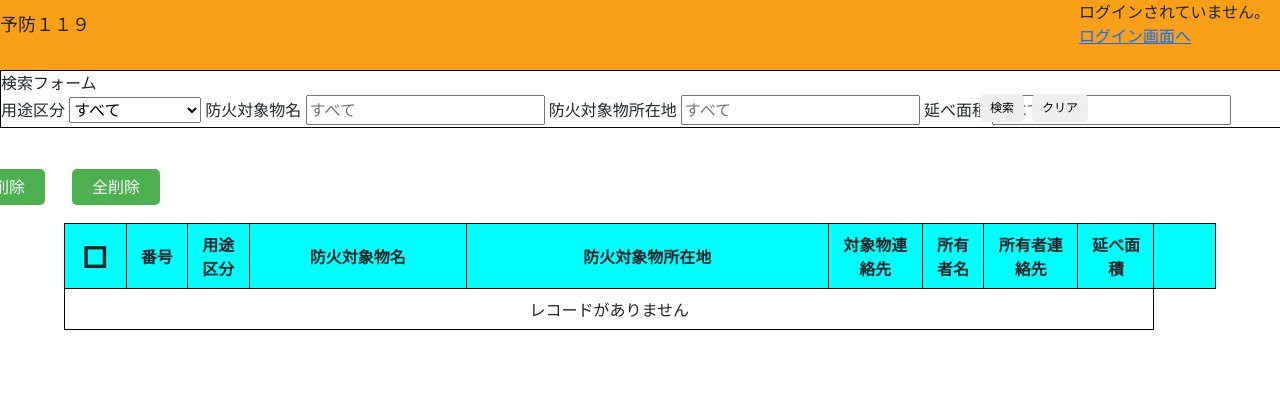
Repository: akarisuki/docker-taishobutu_app
Page: http://localhost/taishobutu_app/taishobutu/taishobutu_index.php
These files come from the project's save history. The page is drawn as it stood at one moment and after the next save; the edit follows.
The browser window is 1280 px wide. The pictures show the whole page.
The page is run by PHP 8.4 with error messages shown; the project is at /var/www/html/. Style sheets and scripts are compiled from the project's sources, by tool versions that may differ from the author's. The database holds what the project's SQL file puts in it.

Above is the page before, as saved 2023-12-23 01:04:50.
Console error: ReferenceError: $ is not defined

After the next save:
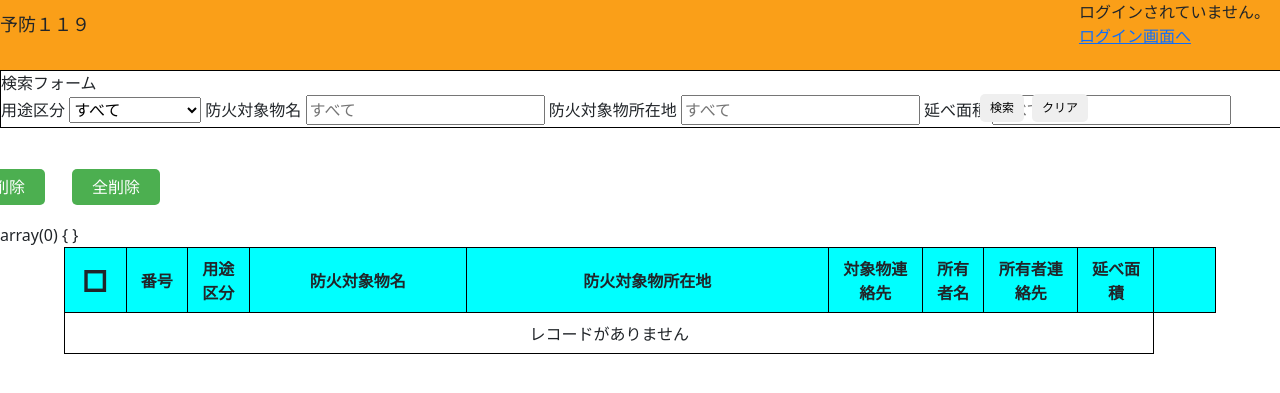
Saved 44 s later.
--- a/src/taishobutu_app/taishobutu/taishobutu_index.php
+++ b/src/taishobutu_app/taishobutu/taishobutu_index.php
@@ -11,7 +11,7 @@
 
 $fire_dept_code = $_SESSION['fire_dept_code'] ?? null;
 
-
+var_dump($_COOKIE);
 
 if (isset($_POST['search'])) {
   $_SESSION['search_appendix'] = isset($_POST['search_appendix']) ? (int)$_POST['search_appendix'] : 0;

After the save that followed:
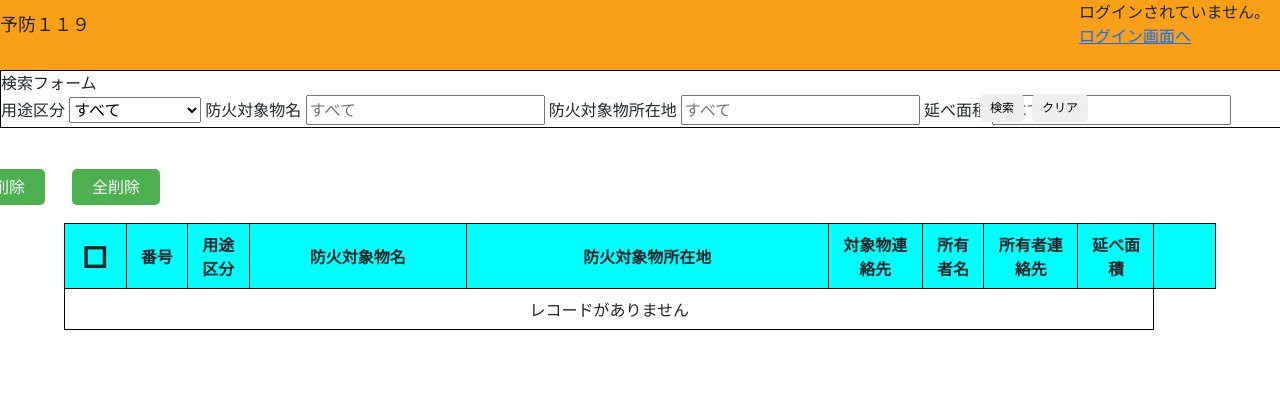
Saved 43 s later.
--- a/src/taishobutu_app/taishobutu/taishobutu_index.php
+++ b/src/taishobutu_app/taishobutu/taishobutu_index.php
@@ -11,7 +11,7 @@
 
 $fire_dept_code = $_SESSION['fire_dept_code'] ?? null;
 
-var_dump($_COOKIE);
+
 
 if (isset($_POST['search'])) {
   $_SESSION['search_appendix'] = isset($_POST['search_appendix']) ? (int)$_POST['search_appendix'] : 0;
